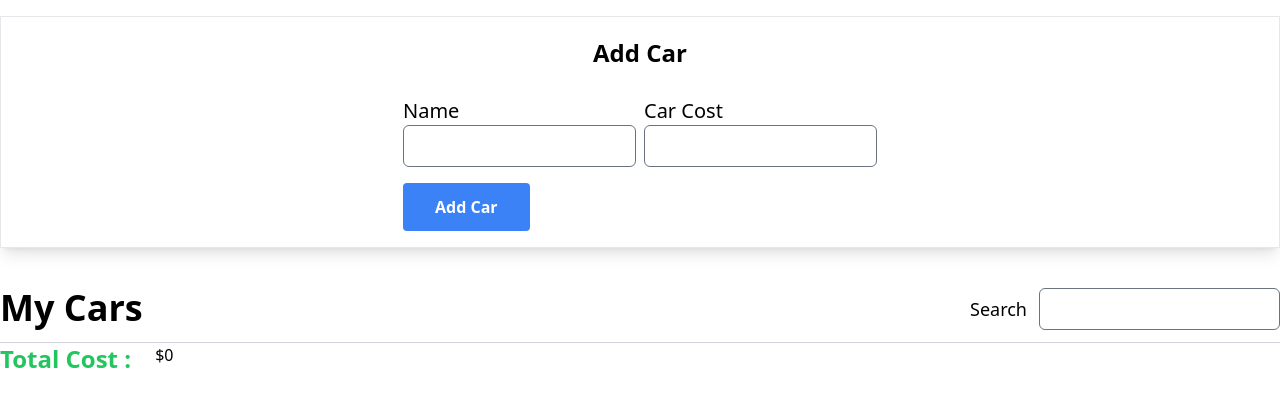
Repository: Marhamat92/carsappreduxtoolkit
Page: /
An editor plug-in stored every save of this project. The page is shown before and after the next save, followed by the edit.
The browser window is 1280 px wide. The pictures show the whole page.
The project was rebuilt for these pictures with package versions that can differ from the ones it lists, and the page was loaded fresh each time.

Above is the page before, as saved 2023-01-24 00:46:06.

### src/index.js
import React from 'react';
import ReactDOM from 'react-dom/client';
import './index.css';
import App from './App';
import { Provider } from 'react-redux';
import { store } from './store'


const root = ReactDOM.createRoot(document.getElementById('root'));
root.render(
  <Provider store={store}>
    <App />
  </Provider>
);

### src/App.js
import CarForm from "./components/CarForm";
import CarList from "./components/CarList";
import CarSearch from "./components/CarSearch";
import CarValue from "./components/CarValue";


function App() {
  return (
    <div className="container mx-auto">
      <CarForm />
      <CarSearch />
      <CarList />
      <CarValue />
    </div>
  );
}

export default App;

### src/store/index.js
import { configureStore } from "@reduxjs/toolkit";
import {
  carsReducer,
  addCar,
  removeCar,
  changeSearchTerm,
} from "./slices/carsSlice";
import { formReducer, changeName, changeCost } from "./slices/formSlice";

const store = configureStore({
  reducer: {
    cars: carsReducer,
    form: formReducer,
  },
})

export { store, addCar, removeCar, changeSearchTerm, changeName, changeCost };

### src/components/CarForm.js
import React from 'react'
import { useDispatch, useSelector } from 'react-redux'
import { changeName, changeCost, addCar } from '../store'



function CarForm() {
  const dispatch = useDispatch(); // this is the hook that allows us to dispatch actions to the store
  const { name, cost } = useSelector((state) => { // this is the hook that allows us to access the store
    return {
      name: state.form.name,
      cost: state.form.cost
    }
  })


  const handleNameChange = (e) => {
    dispatch(changeName(e.target.value))
  }

  const handleCostChange = (e) => {
    const carCost = parseInt(e.target.value) || 0;
    dispatch(changeCost(carCost))

  }


  const handleSubmit = (e) => {
    e.preventDefault();
    dispatch(addCar({ name, cost }))
  }


  //!after adding a car, clear the form fields with extra reducers which will be added to the formSlice,otherwise we can use dispatch(changeName('')) and dispatch(changeCost(0)) to clear the form fields but it is not a good practice



  return (
    <div className='flex flex-col items-center justify-center border shadow-lg py-4 mt-4'>
      <h1 className='font-bold text-2xl py-1' >Add Car</h1>
      <div className='mt-6'>
        <form onSubmit={handleSubmit} className=''>
          <div className='flex flex-row space-x-2'>
            <div className='flex flex-col'>
              <label className='text-xl' htmlFor='make'>Name</label>
              <input className=' border border-gray-500 rounded-md py-2

              ' value={name} onChange={handleNameChange} type='text' name='carName' id='carName' />
            </div>
            <div className='flex flex-col'>
              <label className='text-xl' htmlFor='price'>Car Cost</label>
              <input className=' border border-gray-500 rounded-md py-2

              ' value={cost || ''} onChange={handleCostChange} type='number' name='price' id='price' />
            </div>
          </div>
          <button className='bg-blue-500 hover:bg-blue-700 text-white font-bold py-3  px-8 rounded mt-4' type='submit'>Add Car</button>
        </form>
      </div>
    </div>
  )
}

export default CarForm

### src/components/CarList.js
import React from 'react'
import { useSelector, useDispatch } from 'react-redux'
import { removeCar } from '../store'


function CarList() {


  const dispatch = useDispatch();

  const cars = useSelector(({ cars: { searchTerm, data } }) => {   //! <--- destructuring the state object to get the searchTerm and data properties
    return data.filter((car) => {
      return car.name.toLowerCase().includes(searchTerm.toLowerCase())
    })
  })

  const handleDeleteCar = (car) => {
    dispatch(removeCar(car.id))
  }



  const renderedCars = cars.map((car) => {
    return (
      <div className='flex justify-between space-y-3 items-center shadow-lg mt-4 py-2 px-4 rounded-md' key={car.id}>
        <p className='text-3xl' >{car.name} - ${car.cost}</p>
        <button onClick={() => handleDeleteCar(car)} className='bg-red-500 px-4 py-2 text-3xl rounded-md'>
          Remove
        </button>
      </div>
    )
  })




  return (
    <div>{renderedCars}</div>
  )
}

export default CarList

### src/components/CarSearch.js
import React from 'react'
import { useSelector, useDispatch } from 'react-redux'
import { changeSearchTerm } from '../store'


function CarSearch() {

  const dispatch = useDispatch();
  const searchTerm = useSelector((state) => {

    return state.cars.searchTerm

  })

  const handleSearchCarTerm = (e) => {
    dispatch(changeSearchTerm(e.target.value))
  }



  return (
    <div>
      <div className='flex justify-between mt-10 border-b border-gray-300 pb-3' >
        <h1 className='text-4xl font-bold' >My Cars</h1>
        <div className='flex space-x-3 items-center' >
          <label className='text-lg' htmlFor="">Search</label>
          <input value={searchTerm} onChange={handleSearchCarTerm} className='pl-2 border border-gray-500 py-2 rounded-md' type="text" />
        </div>
      </div>
    </div>
  )
}

export default CarSearch

### src/components/CarValue.js
import React from 'react'
import { useSelector } from 'react-redux'

function CarValue() {

  const totalCost = useSelector(({ cars: { data, searchTerm } }) =>
    data.filter((car) => car.name.toLowerCase().includes(searchTerm.toLowerCase())
    )
      .reduce((acc, car) => acc + car.cost, 0)
  );



  return (
    <div className='flex  space-x-6'>
      <h1 className='text-2xl font-bold text-green-500' >Total Cost :</h1>
      <h1>${totalCost}</h1>
    </div>
  )
}

export default CarValue

### src/store/slices/carsSlice.js
import { createSlice, nanoid } from '@reduxjs/toolkit';

const carsSlice = createSlice({
  name: 'cars',
  initialState: {
    data: [],
    searchTerm: ''
  },
  reducers: {
    changeSearchTerm(state, action) {
      state.searchTerm = action.payload;
    },
    addCar(state, action) {
      //Assumption:
      //action.payload is an object with the following properties:
      //name, cost, id
      state.data.push({
        name: action.payload.name,
        cost: action.payload.cost,
        id: nanoid()
      })
    },
    removeCar(state, action) {
      //Assumption:
      //action.payload is the id of the car to remove
      const updatedCars = state.data.filter((car) => {
        return car.id !== action.payload;
      })
      state.data = updatedCars;
    }

  }
})

export const { changeSearchTerm, addCar, removeCar } = carsSlice.actions;
export const carsReducer = carsSlice.reducer;

### src/store/slices/formSlice.js
import { createSlice } from '@reduxjs/toolkit';
import { addCar } from './carsSlice';

const formSlice = createSlice({
  name: 'form',
  initialState: {
    name: '',
    cost: 0
  },
  reducers: {
    changeName(state, action) {
      state.name = action.payload;
    },
    changeCost(state, action) {
      state.cost = action.payload;
    }
  },
  extraReducers(builder) {
    builder.addCase(addCar, (state, action) => {
      state.name = '';
      state.cost = 0;
    })
  }
})

//extraReducers is a function that takes a builder object as an argument and we can use the builder object to add extra reducers to the formSlice
//addCase is a function that takes an action and a reducer as arguments and adds the reducer to the formSlice
//the reducer will be called when the action is dispatched


export const { changeName, changeCost } = formSlice.actions;
export const formReducer = formSlice.reducer;

Loaded but not shown: public/index.html (common file); src/index.css (common file); tailwind.config.js (common file)

After the next save:
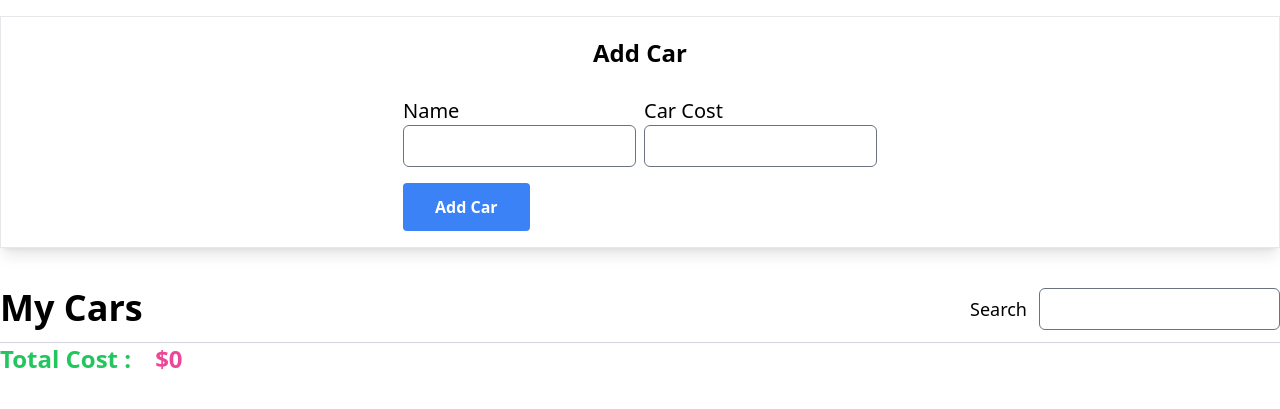
Saved 22 s later.
--- a/src/components/CarValue.js
+++ b/src/components/CarValue.js
@@ -14,7 +14,7 @@ function CarValue() {
   return (
     <div className='flex  space-x-6'>
       <h1 className='text-2xl font-bold text-green-500' >Total Cost :</h1>
-      <h1>${totalCost}</h1>
+      <h1 className='text-2xl font-bold text-pink-500'>${totalCost}</h1>
     </div>
   )
 }
